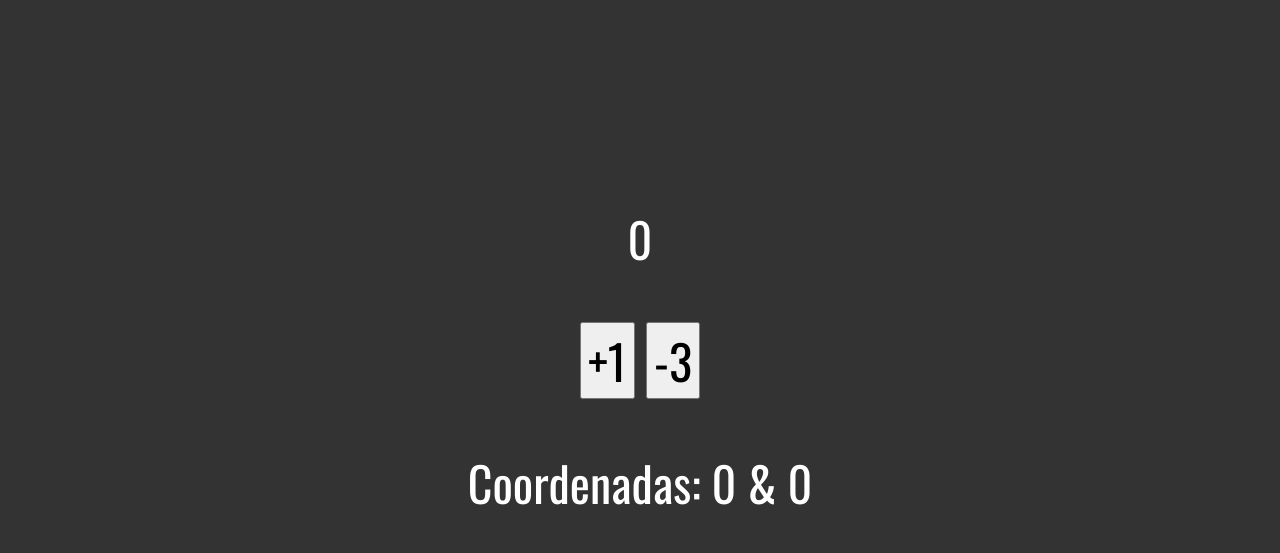
Repository: WillianPer/VUE
Page: exercicios/eventos.html
The author's editor kept a copy of each file at every save. The page is drawn from the files as they stood at one save, then again after the next save.
The browser window is 1280 px wide. The pictures show the whole page.

Above is the page before, as saved 2022-08-13 21:40:59.

After the next save:
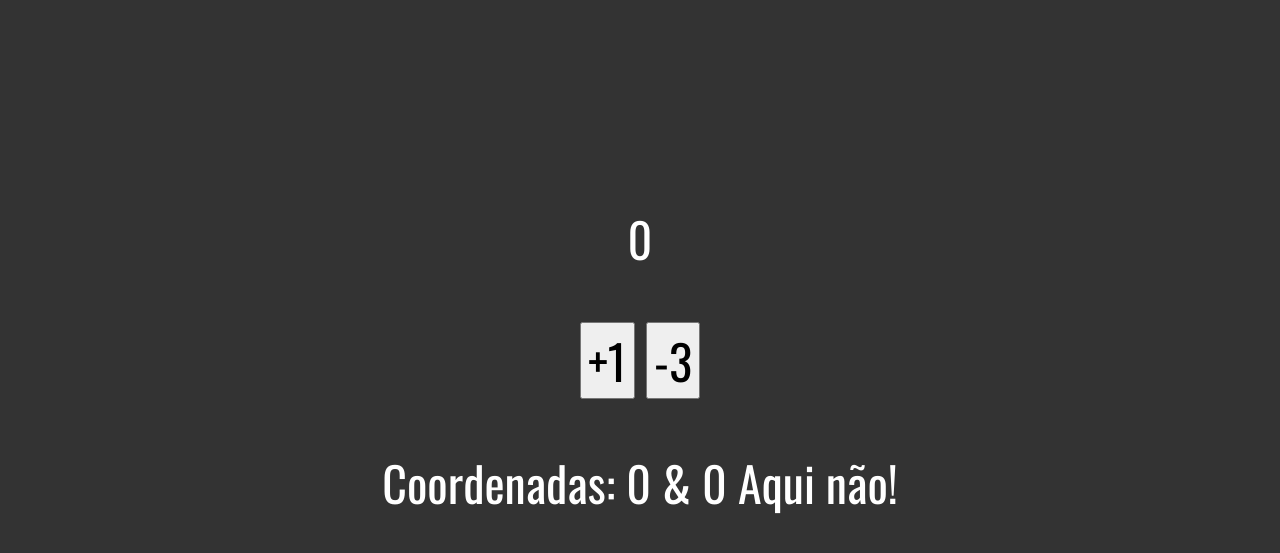
Saved 3 min 30 s later.
--- a/exercicios/eventos.html
+++ b/exercicios/eventos.html
@@ -16,6 +16,7 @@
         </p>
         <p @mousemove="atualizarPosicao">
             Coordenadas: {{ x }} & {{ y }}
+            <span @mousemove.stop>Aqui não!</span>
         </p>
     </div>
 
